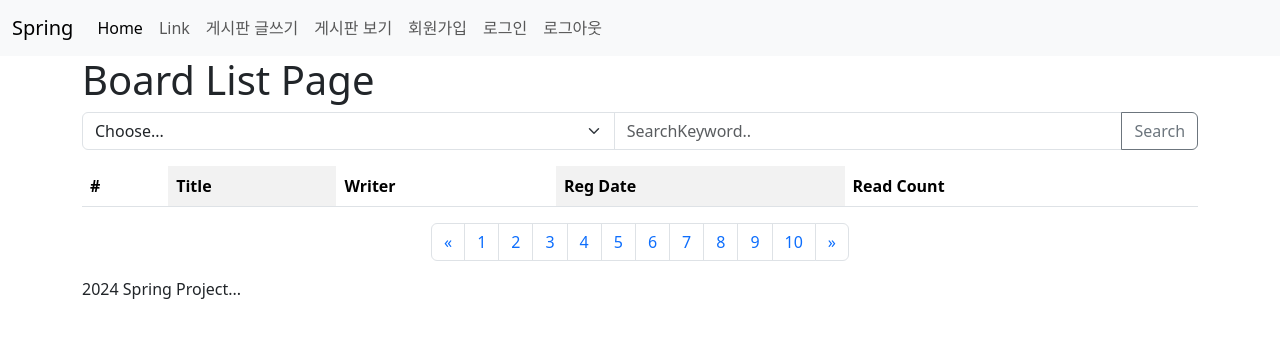
Repository: gajami-kim/240430_Spring_Study
Page: http://localhost/spring_study/WEB-INF/views/board/list.jsp
These files come from the project's save history. The page is drawn as it stood at one moment and after the next save; the edit follows.
The browser window is 1280 px wide. The pictures show the whole page.
The page is served by Tomcat 9. Nobody is signed in. The template is opened directly, without the code that normally fills it, so the values that code supplies are empty.

Above is the page before, as saved 2024-04-24 08:42:06.

### spring_study/src/main/webapp/WEB-INF/views/board/list.jsp
<%@ page language="java" contentType="text/html; charset=UTF-8"
    pageEncoding="UTF-8"%>
    <%@ taglib uri="http://java.sun.com/jsp/jstl/core" prefix="c" %>
<jsp:include page="../layout/header.jsp" />
<div class="container-sm">
	<h1>Board List Page</h1>

	<!-- 검색라인 -->
	<form action="">
		<div class="input-group mb-3">
		  <select class="form-select" id="inputGroupSelect02">
		    <option selected>Choose...</option>
		    <option value="t">Title</option>
		    <option value="w">Writer</option>
		    <option value="c">Content</option>
		  </select>
		  <input type="text" class="form-control" aria-label="Text input with segmented dropdown button" name="keyword" placeholder="SearchKeyword..">
		  <button class="btn btn-outline-secondary" type="button">Search</button>
		</div>
	</form>
	<table class="table table-striped-columns">
		<thead>
			<tr>
				<th>#</th>
				<th>Title</th>
				<th>Writer</th>
				<th>Reg Date</th>
				<th>Read Count</th>
			</tr>
		</thead>
		<c:forEach items="${list }" var="bvo">
		<tbody>
			<tr>
				<td>${bvo.bno }</td>
				<td><a href="/board/detail?bno=${bvo.bno }">${bvo.title }</a></td>
				<td>${bvo.writer }</td>
				<td>${bvo.reg_date }</td>
				<td>${bvo.read_count }</td>
			</tr>
		</tbody>
		</c:forEach>
	</table>
	<!-- 페이지네이션 라인 -->
	<nav aria-label="Page navigation example">
	  <ul class="pagination justify-content-center">
	    <li class="page-item">
	      <a class="page-link" href="#" aria-label="Previous">
	        <span aria-hidden="true">&laquo;</span>
	      </a>
	    </li>
	    <c:forEach begin="1" end="10" var="i">
		    <li class="page-item"><a class="page-link" href="#">${i }</a></li>
	    </c:forEach>
	    <li class="page-item">
	      <a class="page-link" href="#" aria-label="Next">
	        <span aria-hidden="true">&raquo;</span>
	      </a>
	    </li>
	  </ul>
	</nav>
</div>
<jsp:include page="../layout/footer.jsp" />

### spring_study/src/main/webapp/WEB-INF/views/layout/header.jsp
<%@ page language="java" contentType="text/html; charset=UTF-8"
    pageEncoding="UTF-8"%>
<!DOCTYPE html>
<html>
<head>
<meta charset="UTF-8">
<title>header.jsp</title>
</head>
<link href="https://cdn.jsdelivr.net/npm/bootstrap@5.3.3/dist/css/bootstrap.min.css" rel="stylesheet" integrity="sha384-QWTKZyjpPEjISv5WaRU9OFeRpok6YctnYmDr5pNlyT2bRjXh0JMhjY6hW+ALEwIH" crossorigin="anonymous">
<script src="https://cdn.jsdelivr.net/npm/bootstrap@5.3.3/dist/js/bootstrap.bundle.min.js" integrity="sha384-YvpcrYf0tY3lHB60NNkmXc5s9fDVZLESaAA55NDzOxhy9GkcIdslK1eN7N6jIeHz" crossorigin="anonymous"></script>
<body>
<nav class="navbar navbar-expand-lg bg-body-tertiary">
  <div class="container-fluid">
    <a class="navbar-brand" href="#">Spring</a>
    <button class="navbar-toggler" type="button" data-bs-toggle="collapse" data-bs-target="#navbarSupportedContent" aria-controls="navbarSupportedContent" aria-expanded="false" aria-label="Toggle navigation">
      <span class="navbar-toggler-icon"></span>
    </button>
    <div class="collapse navbar-collapse" id="navbarSupportedContent">
      <ul class="navbar-nav me-auto mb-2 mb-lg-0">
        <li class="nav-item">
          <a class="nav-link active" aria-current="page" href="#">Home</a>
        </li>
        <li class="nav-item">
          <a class="nav-link" href="#">Link</a>
        </li>
        <li class="nav-item">
          <a class="nav-link" href="/board/register">게시판 글쓰기</a>
        </li>
        <li class="nav-item">
          <a class="nav-link" href="/board/list">게시판 보기</a>
        </li>
        <li class="nav-item">
          <a class="nav-link" href="#">회원가입</a>
        </li>
        <li class="nav-item">
          <a class="nav-link" href="#">로그인</a>
        </li>
        <li class="nav-item">
          <a class="nav-link" href="#">로그아웃</a>
        </li>
      </ul>
    </div>
  </div>
</nav>

### spring_study/src/main/webapp/WEB-INF/views/layout/footer.jsp
<%@ page language="java" contentType="text/html; charset=UTF-8"
    pageEncoding="UTF-8"%>

<div class="container-sm">
	2024 Spring Project...
</div>

</body>
</html>

After the next save:
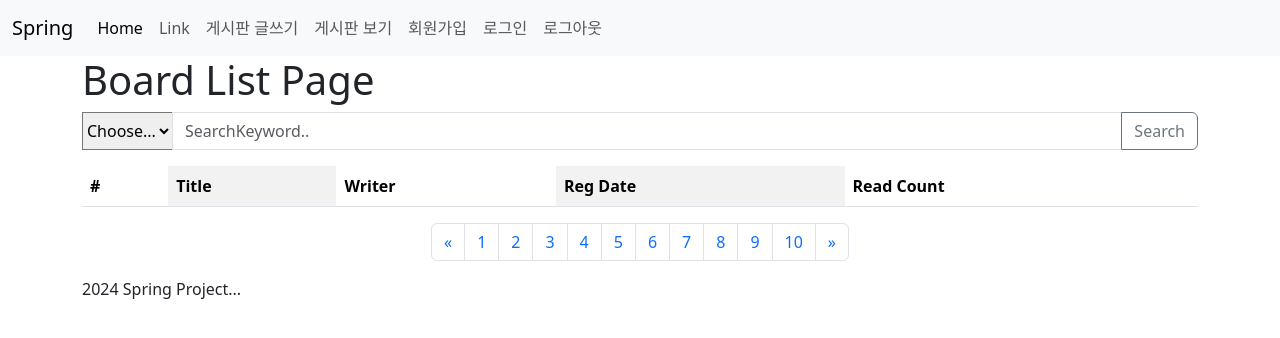
Saved 59 s later.
--- a/spring_study/src/main/webapp/WEB-INF/views/board/list.jsp
+++ b/spring_study/src/main/webapp/WEB-INF/views/board/list.jsp
@@ -8,7 +8,7 @@
 	<!-- 검색라인 -->
 	<form action="">
 		<div class="input-group mb-3">
-		  <select class="form-select" id="inputGroupSelect02">
+		  <select class="class="dropdown-menu"" id="inputGroupSelect02">
 		    <option selected>Choose...</option>
 		    <option value="t">Title</option>
 		    <option value="w">Writer</option>
